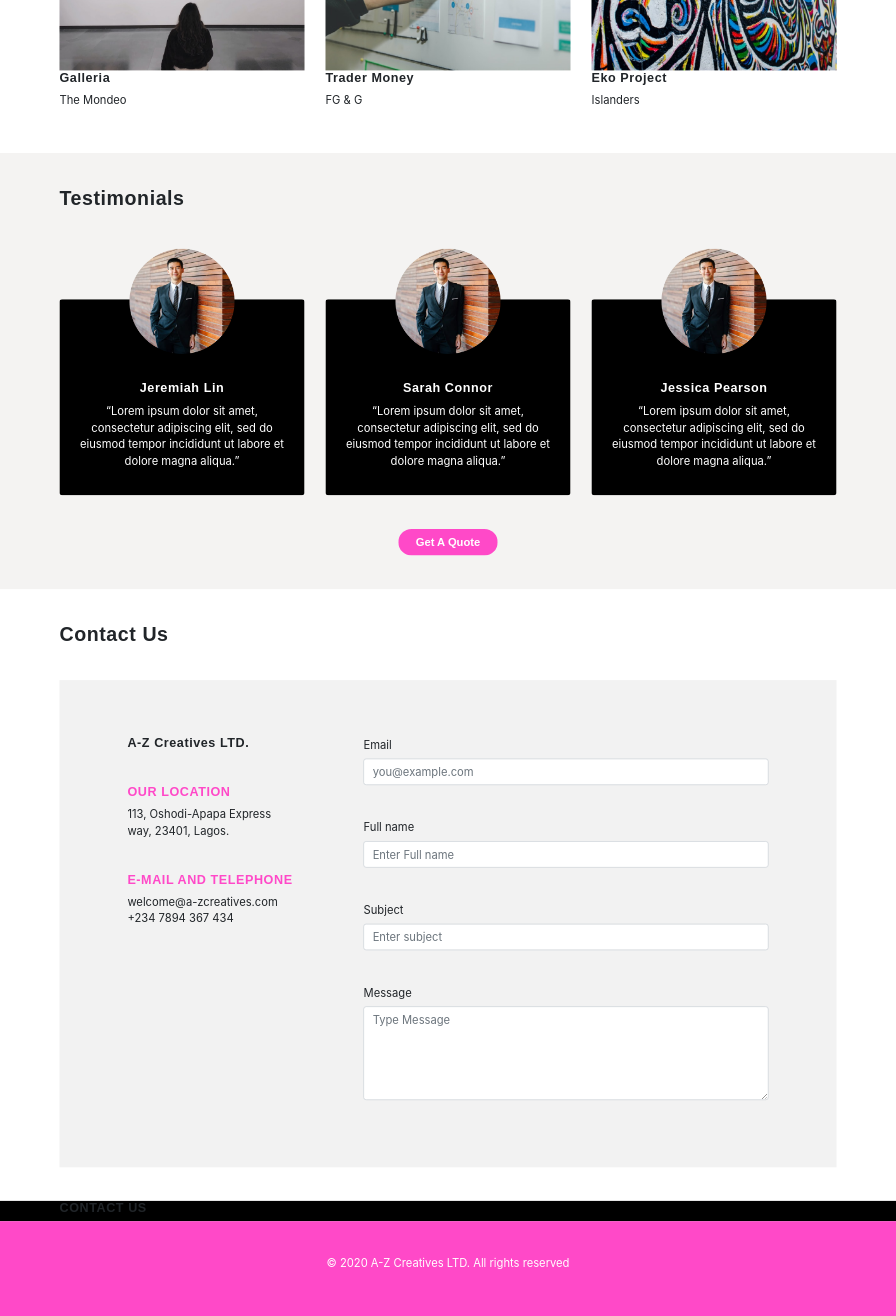
Repository: Syfon01/hng-port
Page: index.html
An editor plug-in stored every save of this project. The page is shown before and after the next save, followed by the edit.
The browser window is 1280 px wide. The pictures show the part of the page from y = 3042 to 4962 px (the page is 4922 px tall before and 4962 px after), at 70% of full size.
Some web fonts or font styles are not loaded; a fallback is used.

Above is the page before, as saved 2020-06-28 20:09:25.

After the next save:
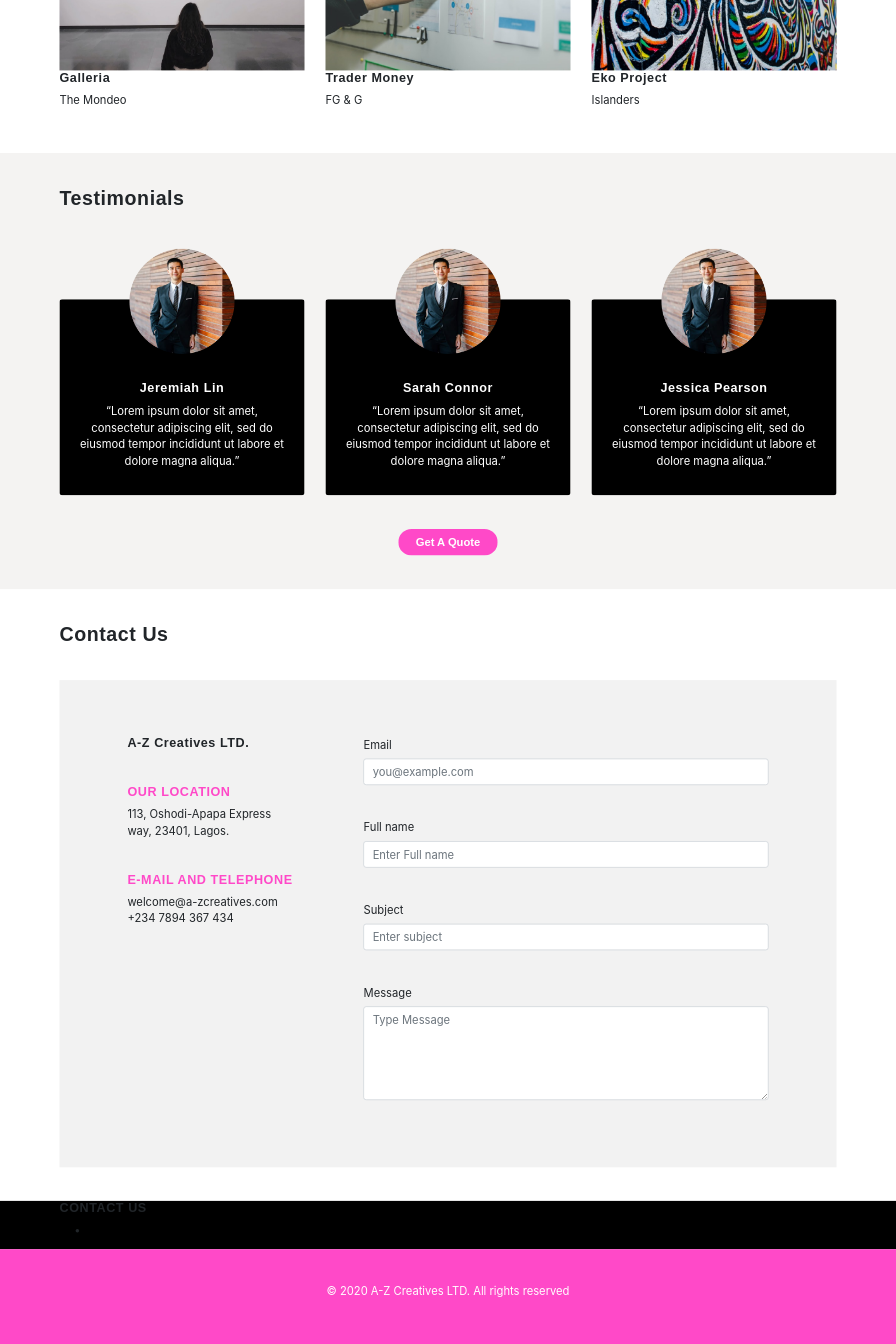
Saved 6 s later.
--- a/index.html
+++ b/index.html
@@ -514,7 +514,11 @@
           <div class="row">
             <div class="col-md-4 col-lg-4 col-12">
               <h5>CONTACT US</h5>
-
+              <ul>
+                <li>
+
+                </li>
+              </ul>
             </div>
           </div>
 
